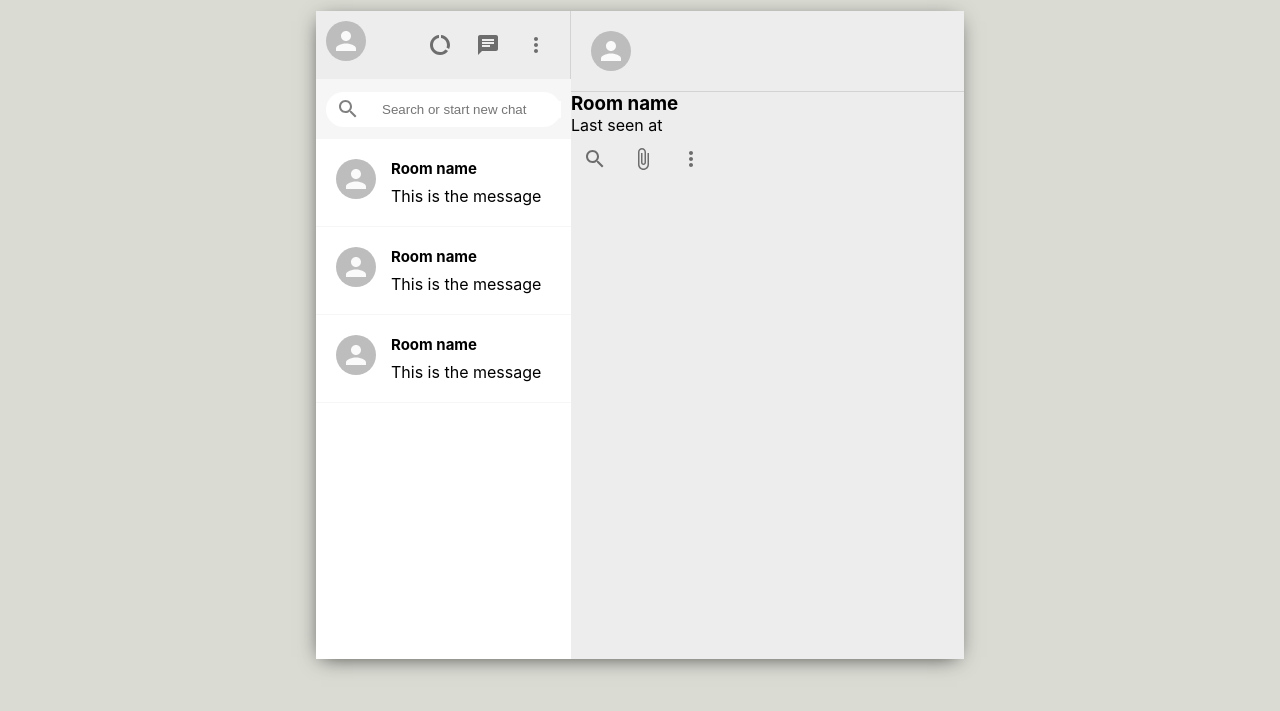
Repository: SayedJamil/WhatsappClone
Page: /
An editor plug-in stored every save of this project. The page is shown before and after a run of saves, followed by the edit.
The browser window is 1280 px wide. The pictures show the whole page.
The project was rebuilt for these pictures with package versions that can differ from the ones it lists, and the page was loaded fresh each time.

Above is the page before, as saved 2021-06-23 12:12:12.

After the next 5 saves:
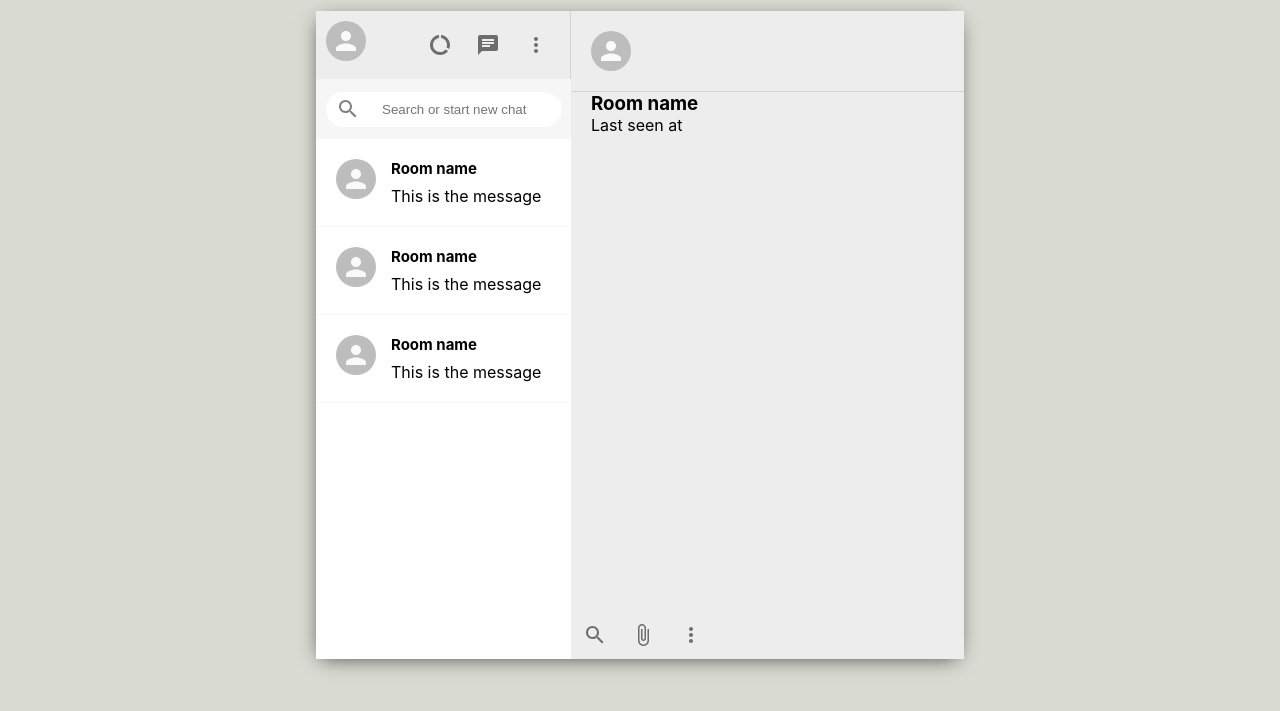
The 5 saves are shown as one change because they came seconds apart.
The last was saved 21 s later.
--- a/src/Chat.css
+++ b/src/Chat.css
@@ -12,7 +12,8 @@ padding: 20px;
 }
 
 .chat_info{
-
+flex: 1;
+padding-left: 20px;
 }
 
 .chat_right{
